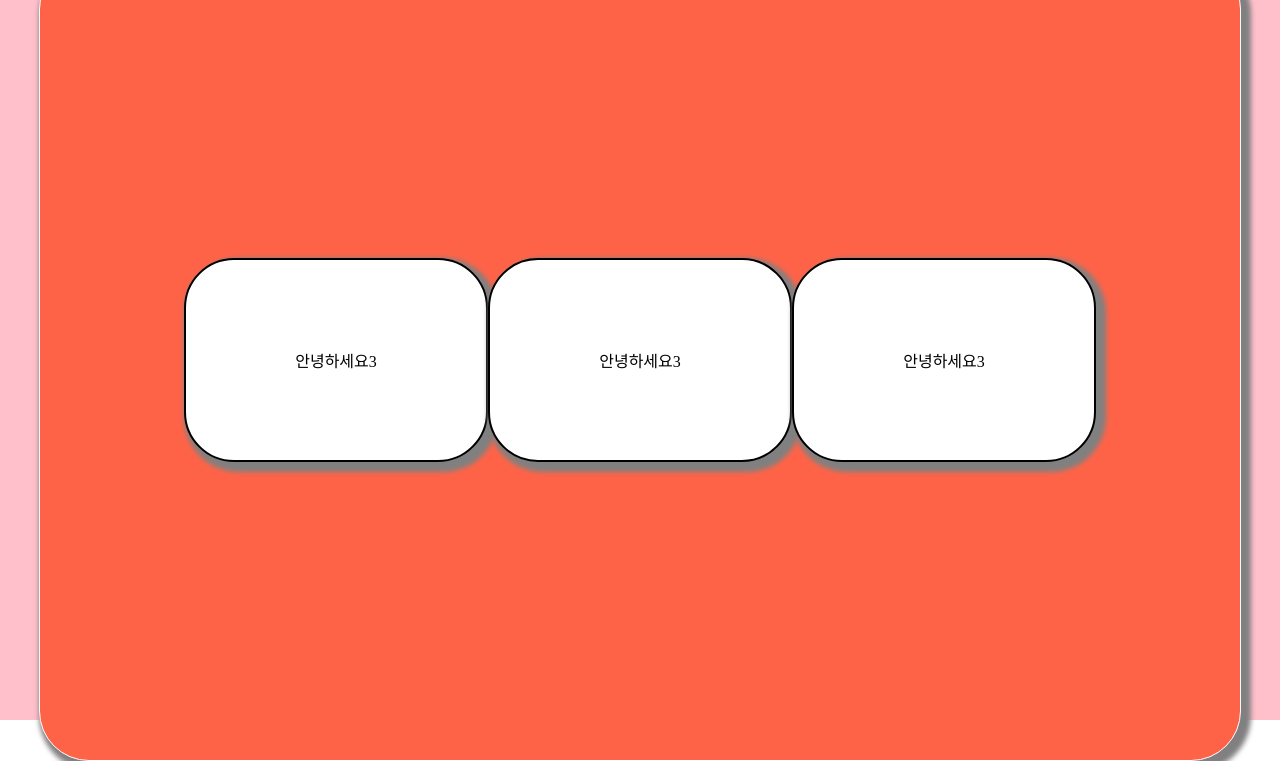
Repository: Devhyeongseon/Academy_Jsp
Page: http://localhost/MyBasic/user/DIV_Study.jsp
An editor plug-in stored every save of this project. The page is shown before and after the next save, followed by the edit.
The browser window is 1280 px wide. The pictures show the whole page.
The page is served by Tomcat 9.

Above is the page before, as saved 2024-01-10 08:10:41.

After the next save:
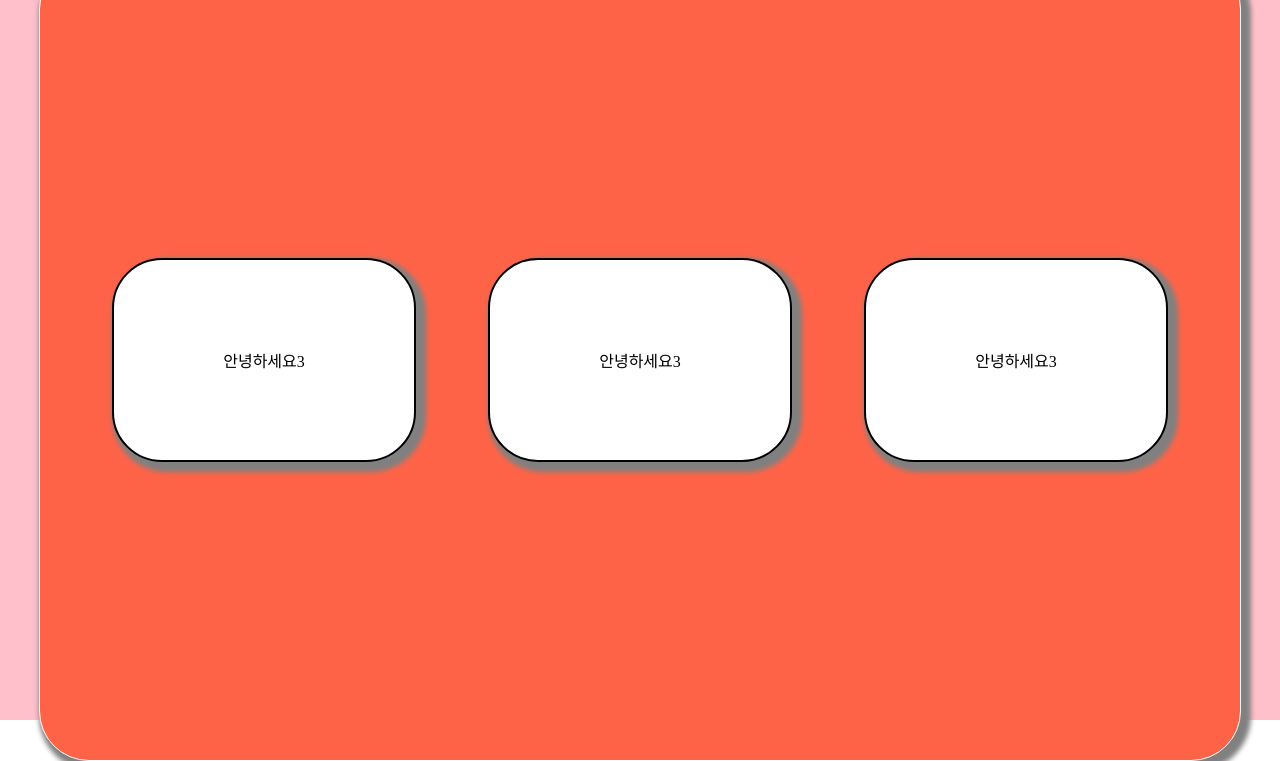
Saved 13 s later.
--- a/MyBasic/src/main/webapp/user/DIV_Study.jsp
+++ b/MyBasic/src/main/webapp/user/DIV_Study.jsp
@@ -42,7 +42,7 @@ html, body {
 
 
     display : flex;
-    justify-content : center;
+    justify-content : space-evenly;
     align-items : center;
 
 
@@ -56,7 +56,7 @@ html, body {
 	box-shadow: 5px 5px 5px 5px gray;
 
 	display : flex;
-    justify-content : space-evenly;
+    justify-content : center;
     align-items : center;
 
 
